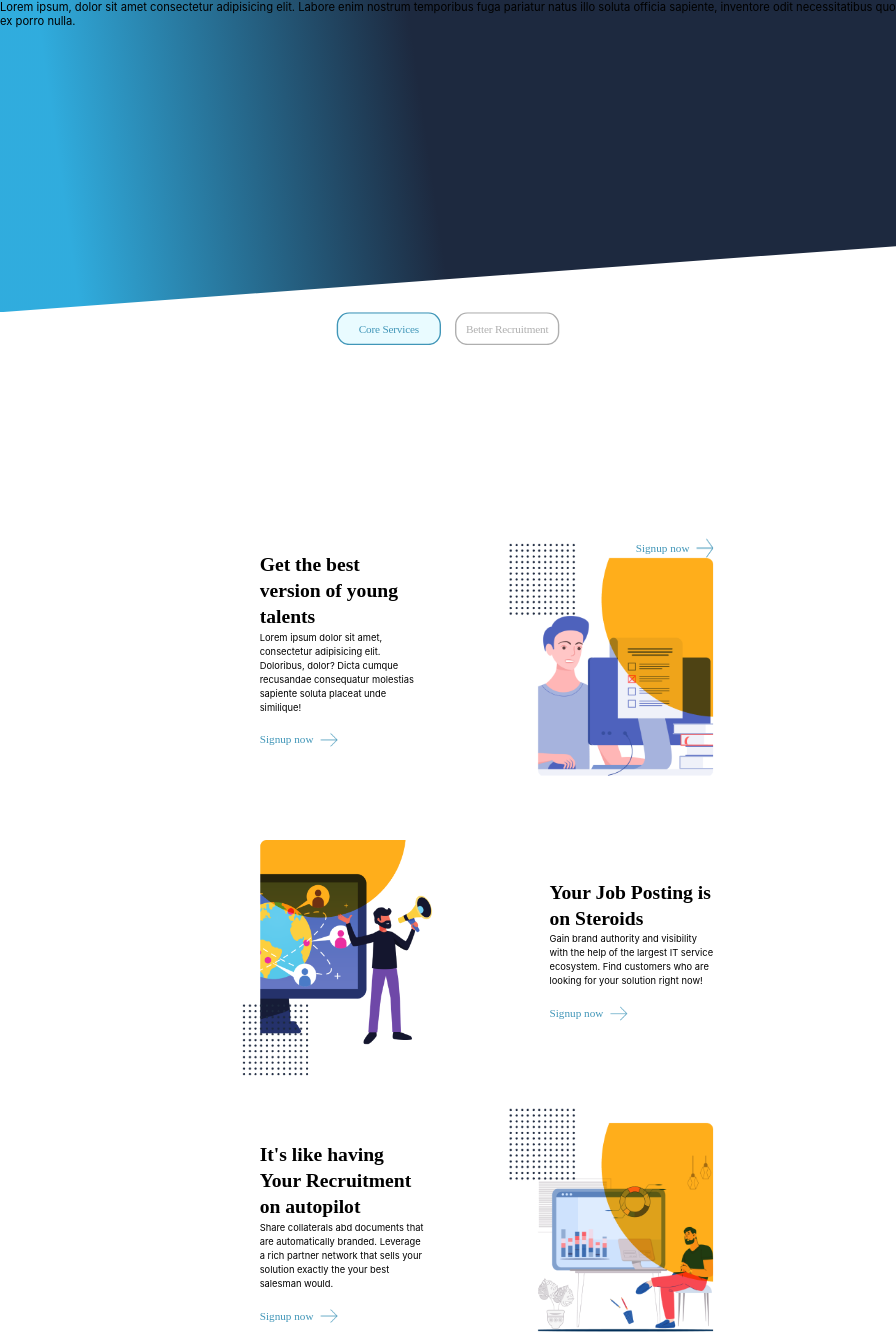
Repository: uh-sman/Vacanxe
Page: /
These files come from the project's save history. The page is drawn as it stood at one moment and after the next save; the edit follows.
The browser window is 1280 px wide. The pictures show the part of the page from y = 0 to 1920 px (the page is 3494 px tall), at 70% of full size.
The project was rebuilt for these pictures with package versions that can differ from the ones it lists, and the page was loaded fresh each time. Also part of the build but not shown: src/components/data.js, src/components/navbar.css, src/components/SideNav.jsx, src/components/Navbar.jsx.

Above is the page before, as saved 2022-12-03 22:15:48.

### src/App.js
import logo from "./logo.svg";
import "./App.css";
import Head from "./components/Head";

function App() {
  return (
    <div className="App">
      <Head />
    </div>
  );
}

export default App;

### src/App.css
* {
  margin: 0;
  padding: 0;
  box-sizing: border-box;
  list-style: none;
  text-decoration: none;
  overflow-x: hidden;
}
/* @keyframes App-logo-spin {
  from {
    transform: rotate(0deg);
  }
  to {
    transform: rotate(360deg);
  }
} */

### src/components/Head.js
import React from "react";
import { Body } from "./Body";
import { Footer } from "./Footer";
import { Hero } from "./Hero";
import { Navbar } from "./Navbar";
import { Team } from "./Team";

const Head = () => {
  return (
    <div>
      {/* <Navbar /> */}
      <Hero />
      <Body />
      <Team />
      <Footer />
    </div>
  );
};

export default Head;

### src/components/Body.jsx
import React from "react";
import "./version.css";
import { Services } from "./Services";
import { Versions } from "./Versions";
export const Body = () => {
  return (
    <div>
      <Services />
      <div className="flex">
        <Versions />
      </div>
    </div>
  );
};

### src/components/Footer.jsx
import React from "react";
import logo from "../assets/logo 1.png";
import "./footer.css";
export const Footer = () => {
  return (
    <div>
      <div className="footer-section">
        <div className="image-logo">
          <img src={logo} />
        </div>
        <div className="footer-texts">
          <div className="div">
            <p className="text">
              Your ultimate email solution to grow business and engaging with
              future customers and clients.
            </p>
            <button className="button">Ask Question</button>
          </div>
          <div className="div">
            <ul>
              <h4>Community</h4>
              <li>For Talents</li>
              <li>For Companies</li>
              <li>Facebook Group</li>
              <li>FAQ</li>
            </ul>
          </div>
          <div className="div">
            <ul>
              <h4>About us</h4>
              <li>Meet the Team</li>
              <li>Our Story</li>
              <li>Career</li>
            </ul>
          </div>
          <div className="div">
            <ul>
              <h4>Contacts</h4>
              <p>
                Feel free to get in touch with us via phone or send us a message
              </p>
            </ul>
          </div>
        </div>
        <div className="div">
          <ul>
            <li className="copyright">
              &copy;Vacanxe 2022, All Rights Reserved
            </li>
            <li></li>
          </ul>
        </div>
      </div>
    </div>
  );
};

### src/components/Hero.jsx
import React from "react";
import "./hero.css";
export const Hero = () => {
  return (
    <div className="hero">
      <div className="hero-container">
        <p>
          Lorem ipsum, dolor sit amet consectetur adipisicing elit. Labore enim
          nostrum temporibus fuga pariatur natus illo soluta officia sapiente,
          inventore odit necessitatibus quos itaque. Fuga earum ratione ex porro
          nulla.
        </p>
      </div>
    </div>
  );
};

### src/components/Team.jsx
import React from "react";
import { ContactInfo } from "./ContactInfo";
import { Form } from "./Form";
import "./team.css";
export const Team = () => {
  return (
    <div>
      <div className="team-container">
        <div className="team">
          <div className="build">
            <div className="team-header">
              <h1>
                <span className="custom"> Build</span> Your Dream Team !
              </h1>
              <small className="small">
                Start your team development with a free consultation. Fill out
                the form and Vacanxe representative will contact you.
              </small>
            </div>
            <div className="flexed">
              {" "}
              <div>
                <Form />
              </div>
              <div>
                <ContactInfo />
              </div>
            </div>
          </div>
        </div>
      </div>
    </div>
  );
};
// ;

### src/components/version.css
.version-link {
  font-family: Poppins;
  font-size: 16px;
  font-weight: 500;
  line-height: 28px;
  letter-spacing: 0em;
  color: #4196b8;
  text-align: center;
}
.versions-container {
  margin-top: 80px;
}
.versions-section1 {
  /* display: grid; */
  /* place-items: center; */
  display: flex;
  gap: 162.58px;
  justify-content: center;
  align-items: center;
  margin-bottom: 80px;
  /* padding: 86px 50px; */

  /* grid-template-columns: 1fr 1fr; */
}
.versions-section2 {
  /* display: grid; */
  /* place-items: center; */
  display: flex;
  gap: 162.58px;
  justify-content: center;
  align-items: center;
  margin: auto;
  /* padding: 86px 50px; */

  /* grid-template-columns: 1fr 1fr; */
}
.versions-section1 {
  /* display: grid; */
  /* place-items: center; */
  display: flex;
  gap: 162.58px;
  justify-content: center;
  align-items: center;
  margin: auto;
  padding-top: 86px;
  padding-left: 110px;

  /* grid-template-columns: 1fr 1fr; */
}
.text-section {
  width: 20%;
}
.h2 {
  font-family: Poppins;
  font-size: 28px;
  font-weight: 700;
  line-height: 37px;
  letter-spacing: 0em;
  /* text-align: left; */
  /* width: 379px;
  height: 74px; */

  /* font-family: "Poppins";
  font-style: normal;
  font-weight: 700;
  font-size: 28px;
  line-height: 37px; */
}
.man {
  height: 313.4984436035156px;
  width: 251.41943359375px;
  /* left: 872.580078125px;
top: 830.1708984375px;
border-radius: [object Object]px; */
}
.flex {
  display: flex;
  gap: 36px;
}
/* .versions-container {
  display: flex;
  flex-direction: column;
  justify-content: center;
  align-items: center;
  margin: auto;
} */
.dotted {
  position: absolute;
  margin-top: -20px;
  margin-left: -40px;
}
.dotted-2 {
  position: absolute;
  margin-top: 235px;
  margin-left: -24px;
}
.arrow {
  margin-top: 24px;
  display: flex;
  align-items: center;
  gap: 10px;
}
.arrow1 {
  margin-top: 24px;
  display: flex;

  /* align-items: flex-end; */
  justify-content: flex-end;
  gap: 10px;
}
@media only screen and (max-width: 950px) {
  .versions-section1 {
    flex-direction: column;
    padding-left: 0px;
  }
  .text-section {
    width: 60%;
  }
}

### src/components/Services.jsx
import React from "react";
import "./services.css";
export const Services = () => {
  return (
    <div>
      <div>
        <ul className="services-button-section">
          <a className="btn-core">Core Services</a>
          <a className="btn-better">Better Recruitment</a>
        </ul>
      </div>
    </div>
  );
};

### src/components/Versions.jsx
import React from "react";
import "./version.css";
import man from "../assets/computer.png";
import img from "../assets/Group 1.png";
import img2 from "../assets/Group_4.png";
import arrow from "../assets/Group.png";
import dotted from "../assets/Dot Pattern 1.png";
export const Versions = () => {
  return (
    <div>
      <div className="versions-container">
        <div className="versions-section1">
          <div className="text-section">
            <h2 className="h2">Get the best version of young talents</h2>
            <small>
              Lorem ipsum dolor sit amet, consectetur adipisicing elit.
              Doloribus, dolor? Dicta cumque recusandae consequatur molestias
              sapiente soluta placeat unde similique!
            </small>
            <div className="arrow">
              <a className="version-link">Signup now </a>
              <img src={arrow} />
            </div>
          </div>
          <div>
            <div className="arrow1">
              <a className="version-link">Signup now </a>
              <img src={arrow} />
            </div>
            <img src={dotted} className="dotted" />
            <img src={man} className="man" />
          </div>
        </div>
        <div className="versions-section1">
          <div>
            <img src={dotted} className="dotted-2" />
            <img src={img} className="man" />
          </div>
          <div className="text-section">
            <h2 className="h2">Your Job Posting is on Steroids</h2>
            <small>
              Gain brand authority and visibility with the help of the largest
              IT service ecosystem. Find customers who are looking for your
              solution right now!
            </small>
            <div className="arrow">
              <a className="version-link">Signup now </a>
              <img src={arrow} />
            </div>
          </div>
        </div>
        <div className="versions-section1">
          <div className="text-section">
            <h2 className="h2">
              It's like having Your Recruitment on autopilot
            </h2>
            <small>
              Share collaterals abd documents that are automatically branded.
              Leverage a rich partner network that sells your solution exactly
              the your best salesman would.
            </small>
            <div className="arrow">
              <a className="version-link">Signup now </a>
              <img src={arrow} />
            </div>
          </div>
          <div>
            <img src={dotted} className="dotted" />
            <img src={img2} className="man" />
          </div>
        </div>
      </div>
    </div>
  );
};

### src/components/footer.css
.footer-section {
  background: #1d293f;
  /* height: 533px; */
  /* width: 1600px; */
  /* left: 127px; */
  /* top: 0px;
  border-radius: 0px; */
}

.image-logo {
  position: absolute;
  /* top: 0; */
  margin-top: -120px;
  /* left: -2px; */
  /* display: flex;
  align-items: center;
  justify-content: center; */
  background-color: white;
  padding-top: 140px;
  padding-left: 30px;
  /* width: 25%; */
  /* height: 40%; */
  /* padding: 10px; */
  height: 255px;
  width: 255px;
  left: -30px;
  /* top: -105px; */
  border-radius: 0px;

  border-radius: 50%;
}
.button {
  border: none;
  margin-top: 28px;
  color: white;
  background: #00b6ff;
  padding: 10px 30px;
  border-radius: 10px;
}
.ultimate-email {
  color: white;
  position: absolute;
  margin-top: 180px;
  padding-left: 245px;
  /* height: 84px;
  left: 21.54%;
  right: 63.06%;
  top: calc(50% - 84px / 2 - 108.5px); */
}
.footer-texts {
  color: #ffff;
  display: grid;
  padding-top: 80px;
  padding-left: 50px;
  /* margin-left: 120px; */
  margin: 0px 80px;
  place-items: center;
  /* margin-right: 40px; */
  margin-top: 180px;
  grid-template-columns: 1fr 1fr 1fr 1fr;
  padding-bottom: 124px;
  border-bottom: 1px solid #8c97ac;
}
.footer-texts h4 {
  color: #8c97ac;
  margin-bottom: 16px;
}
/* .ultimate-email p {
  width: 40%;
} */
.text {
  margin-top: 100px;
  color: #8c97ac;
}
.copyright {
  color: #8c97ac;
  padding: 10px 90px;
}
@media only screen and (min-width: 650px) and (max-width: 1200px) {
  .footer-texts {
    padding-top: 150px;
    grid-template-columns: 1fr 1fr;
    text-align: center;
  }
  .text {
    margin-top: 0px;
  }
  .div {
    margin-bottom: 40px;
  }
}
@media only screen and (max-width: 650px) {
  .footer-texts {
    padding-left: 0px;
    padding-top: 180px;
    grid-template-columns: 1fr;
    text-align: center;
  }
  .text {
    margin-top: 0px;
  }
  .div {
    margin-bottom: 40px;
  }
}

### src/components/hero.css
.hero-container {
  background: linear-gradient(
    261.8deg,
    #1d293f 59.05%,
    rgba(0, 153, 214, 0.81) 92.75%
  );
  clip-path: polygon(0 0, 100% 0, 100% 75%, 0% 100%);
  height: 446px;
  width: 1511.9998779296875px;
  /* left: 0px;
  top: 133px; */
  border-radius: 0px;
}
.hero {
  position: relative;
}

### src/components/ContactInfo.jsx
import React from "react";
import "./contact.css";
import location from "../assets/Location.png";
import message from "../assets/Message.png";
import twitter from "../assets/twitter.png";
import facebook from "../assets/facebook.png";
import instagram from "../assets/instagram.png";
import linkedin from "../assets/linkedin.png";
import stroke from "../assets/Stroke 5.png";
export const ContactInfo = () => {
  return (
    <div>
      <div className="contact-container">
        <h1 className="header-text">Contact info:</h1>
        <div className="contact-section">
          <div>
            <p className="contact">
              <img src={location} /> 4157 Washington Ave. Manchester, Kentucky
              39495
            </p>
          </div>
          <div>
            <ul className="contact-list">
              <div>
                <img src={stroke} />
              </div>
              <div>
                <li>(505) 555-0119</li>
                <li>(505) 555-0120</li>
                <li>(505) 555-0125</li>
              </div>
            </ul>
          </div>
          <div>
            <p className="contact">
              <img src={message} /> Consult@Vacanxe.com
            </p>
          </div>
          <div>
            <h2>Follow us:</h2>
            <div className="socials">
              <img src={facebook} />
              <img src={twitter} />
              <img src={linkedin} />
              <img src={instagram} />
            </div>
          </div>
        </div>
      </div>
    </div>
  );
};

### src/components/Form.jsx
import React from "react";
import { ContactInfo } from "./ContactInfo";
import "./form.css";
export const Form = () => {
  return (
    <div>
      <div className="team-section">
        <div>
          <form className="form-container">
            <div className="form">
              <label>Your name</label>
              <input className="input-field" placeholder="Enter your name" />
            </div>
            <div className="form">
              <label>Your email</label>
              <input className="input-field" placeholder="Enter your email" />
            </div>
            <div className="form">
              <label>Your Phone Number</label>
              <input
                className="input-field"
                placeholder="Enter your phone number"
              />
            </div>
            <div className="form">
              <label>Your Company Name</label>
              <input
                className="input-field"
                placeholder="Enter your Company Name"
              />
            </div>
            <div className="form">
              <label>Message</label>
              <input className="message" placeholder="Type here..." />
            </div>
            <button className="form-button">Consult with us</button>
          </form>
        </div>
      </div>
    </div>
  );
};

### src/components/team.css
.team-container {
  background: #f4fbff;
  /* height: 1101px; */
  /* width: 1539px; */
  /* left: -14px;
top: 2142px; */
  border-radius: 0px;
}
.custom {
  border-bottom: 4px solid #4eb9e3;
}
.build {
  color: #4b4c4e;
}
.flexed {
  margin: 73px 0px;
  display: flex;
  gap: 98px;
}
.team {
  display: flex;
  justify-content: center;
  padding: 64px 0px;
}
/* .small {
  padding-bottom: 73px;
} */
@media only screen and (max-width: 950px) {
  .flexed {
    flex-direction: column;
  }
  .team-header {
    text-align: center;
  }
}

### src/components/services.css
.services-button-section {
  display: flex;
  gap: 20px;
  justify-content: center;

  margin-bottom: 86px;
}
.btn-core {
  font-family: Poppins;
  font-size: 16px;
  font-weight: 500;
  line-height: 24px;
  letter-spacing: -0.015em;
  text-align: center;
  border: 2px solid #4196b8;
  height: 47px;
  width: 149px;
  display: flex;
  align-items: center;
  justify-content: center;
  border-radius: 18px;
  background-color: #e9fbff;
  color: #4196b8;
}
.btn-better {
  font-family: Poppins;
  font-size: 16px;
  font-weight: 500;
  line-height: 24px;
  letter-spacing: -0.015em;
  text-align: center;
  border: 2px solid #afafaf;
  height: 47px;
  width: 149px;
  display: flex;
  align-items: center;
  justify-content: center;
  border-radius: 18px;
  background-color: #ededed 10%;
  color: #afafaf;
}
@media only screen and (max-width: 450px) {
  .services-button-section {
    gap: 20px;
    flex-direction: column;
    align-items: center;
    margin-bottom: 0px;
  }
}

### src/components/contact.css
.header-text {
  /* height: 28px;
  width: 132px;
  left: 931px;
  top: 2435px;
  border-radius: nullpx; */
}
.contact {
  display: flex;
  align-items: center;
  gap: 20px;
}
.contact-section {
  display: flex;
  flex-direction: column;
  gap: 40px;
  margin: 30px 0px;
}
.contact-list {
  display: flex;
  gap: 20px;
}
.socials {
  margin-top: 16px;
  display: flex;
  gap: 10px;
}
@media only screen and (max-width: 750px) {
  .contact-container {
    padding: 0px 30px;
  }
}

### src/components/form.css
.form {
  display: flex;
  flex-direction: column;
}
.form label {
  height: 22px;
  width: 78px;
  left: 263px;
  top: 2409px;
  border-radius: nullpx;
}
.input-field {
  padding: 0px 24px;
  height: 55px;
  width: 574px;
  left: 259px;
  top: 2536px;
  border-radius: 10px;
  border: 1px solid #c8d0da;
  outline: transparent;
}
.message {
  padding: 0px 24px;
  height: 203px;
  width: 574px;
  left: 259px;
  /* top: 2839px; */
  border: 1px solid #c8d0da;
  border-radius: 10px;
  outline: transparent;
}
.form-button {
  font-family: Rubik;
  font-size: 14px;
  font-weight: 700;
  line-height: 16px;
  /* letter-spacing: 0em; */
  /* text-align: left; */

  margin-top: 19px;
  border: none;
  color: white;
  background-color: #4eb9e3;
  height: 40px;
  width: 215px;
  left: 257px;
  top: 3061px;
  border-radius: 8px;
  padding: 12px 24px 12px 24px;
}
.form-container {
  display: flex;
  flex-direction: column;
  align-items: center;
  justify-content: center;
}
/* .team-section {
  display: flex;
  justify-content: center;
  align-items: center;
} */

@media only screen and (min-width: 200px) and (max-width: 600px) {
  .input-field {
    width: 250px;
  }
  .message {
    width: 250px;
  }
}

Loaded but not shown: public/index.html (common file); src/index.js (common file); src/index.css (common file); src/reportWebVitals.js (common file)

After the next save:
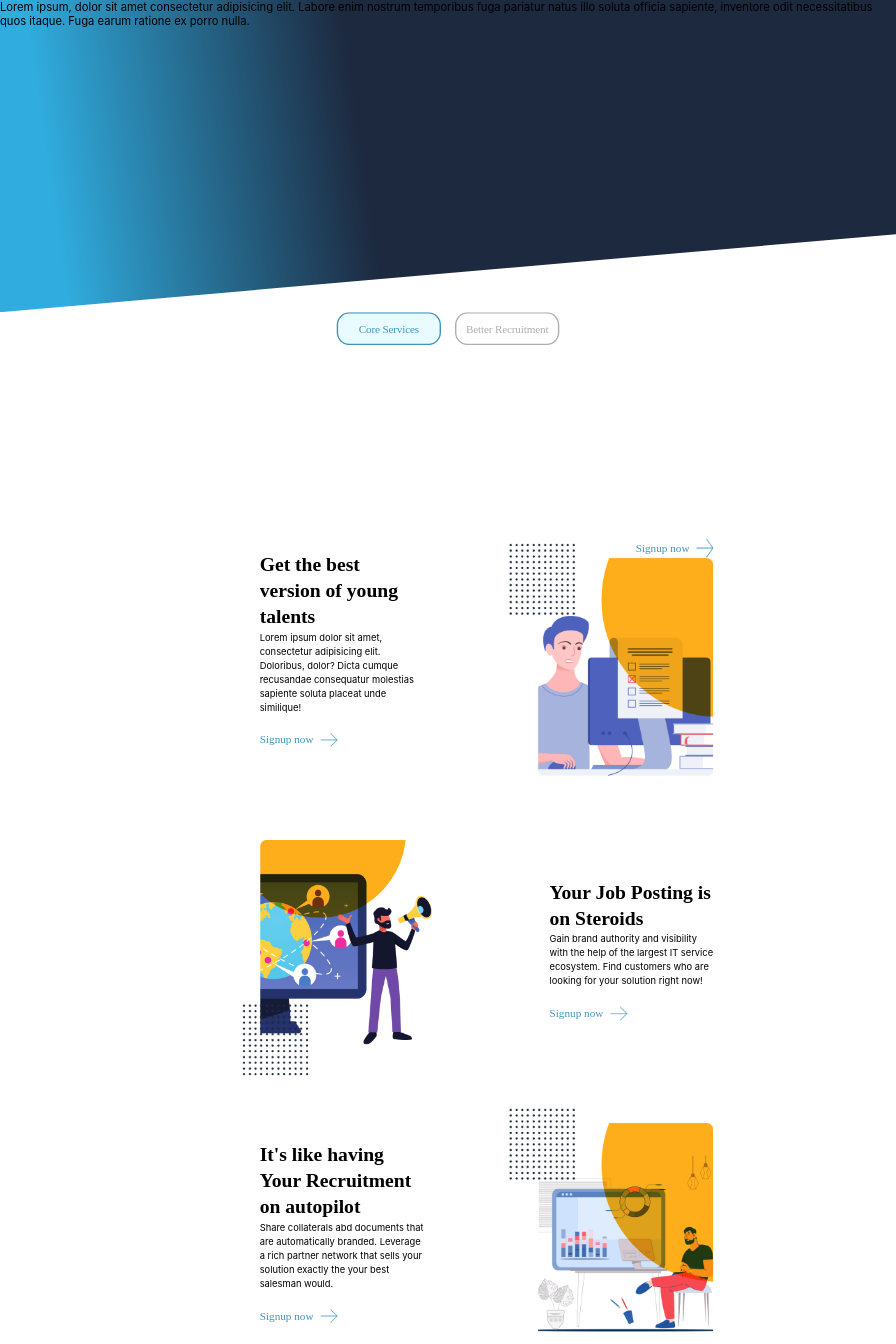
Saved 17 s later.
--- a/src/components/hero.css
+++ b/src/components/hero.css
@@ -6,7 +6,7 @@
   );
   clip-path: polygon(0 0, 100% 0, 100% 75%, 0% 100%);
   height: 446px;
-  width: 1511.9998779296875px;
+  /* width: 1511.9998779296875px; */
   /* left: 0px;
   top: 133px; */
   border-radius: 0px;
